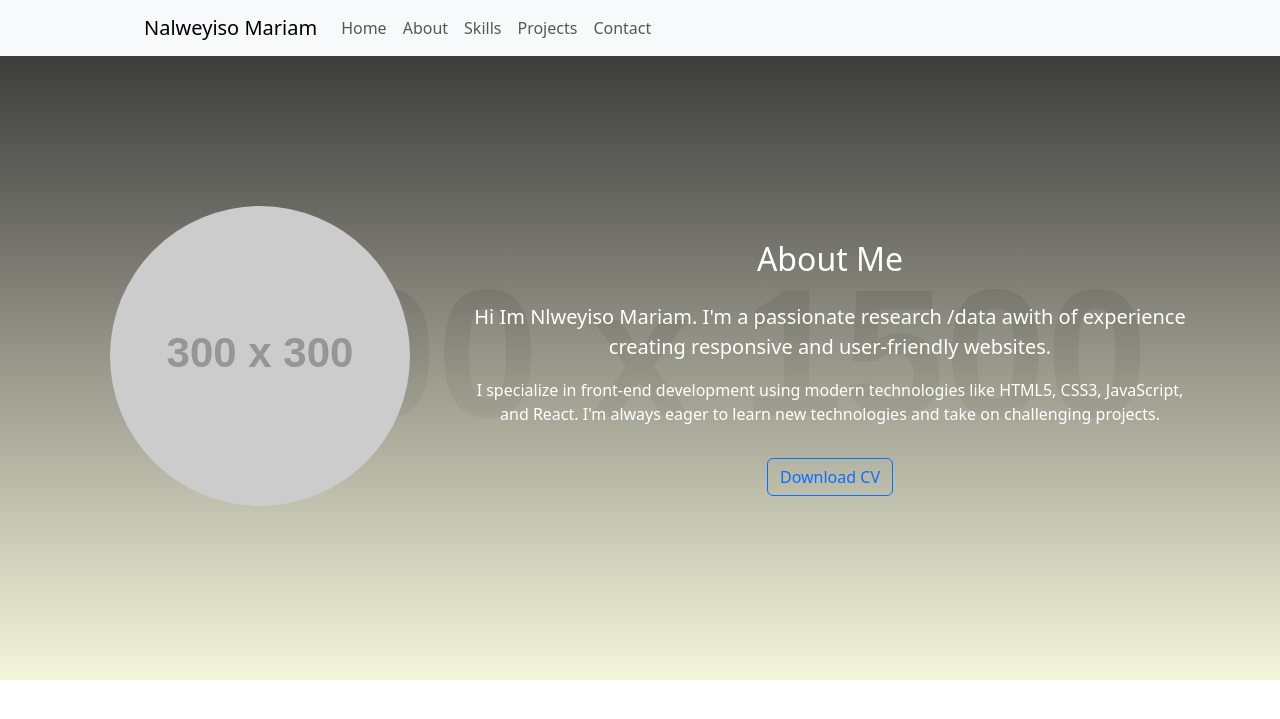
Repository: NalweMari/My-Personal-Portfolio
Page: index.html
The author's editor kept a copy of each file at every save. The page is drawn from the files as they stood at one save, then again after a run of saves.
The browser window is 1280 px wide. The pictures show the whole page.

Above is the page before, as saved 2025-11-27 12:44:37.
Console error (its wording comes from the project's code and is left out).

After the next 2 saves:
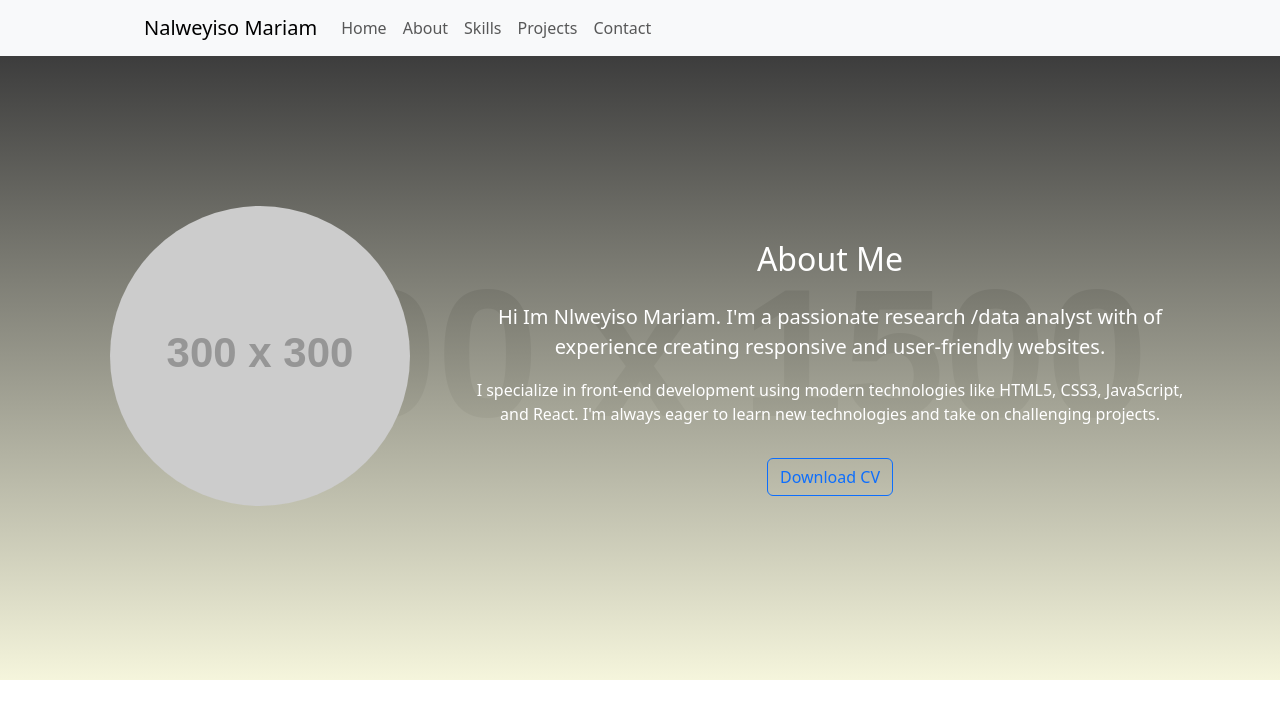
The 2 saves are shown as one change because they came seconds apart.
The last was saved 6 s later.
--- a/index.html
+++ b/index.html
@@ -52,7 +52,7 @@
                 </div>
                 <div class="col-md-8">
                     <h2 class="mb-4">About Me</h2>
-                    <p class="lead">Hi Im Nlweyiso Mariam. I'm a passionate research /data awith  of experience creating responsive and user-friendly websites.</p>
+                    <p class="lead">Hi Im Nlweyiso Mariam. I'm a passionate research /data analyst with  of experience creating responsive and user-friendly websites.</p>
                     <p>I specialize in front-end development using modern technologies like HTML5, CSS3, JavaScript, and React. I'm always eager to learn new technologies and take on challenging projects.</p>
                     <a href="#" class="btn btn-outline-primary mt-3">Download CV</a>
                 </div>
